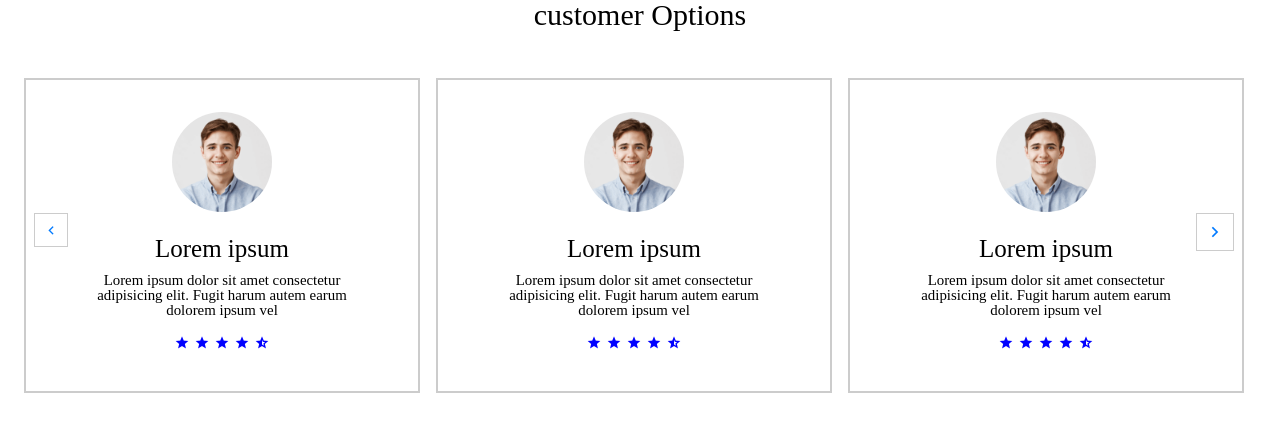
Repository: dinhhaidh/slider-3
Page: index.html
An editor plug-in stored every save of this project. The page is shown before and after the next save, followed by the edit.
The browser window is 1280 px wide. The pictures show the whole page.

Above is the page before, as saved 2024-03-22 21:36:16.

After the next save:
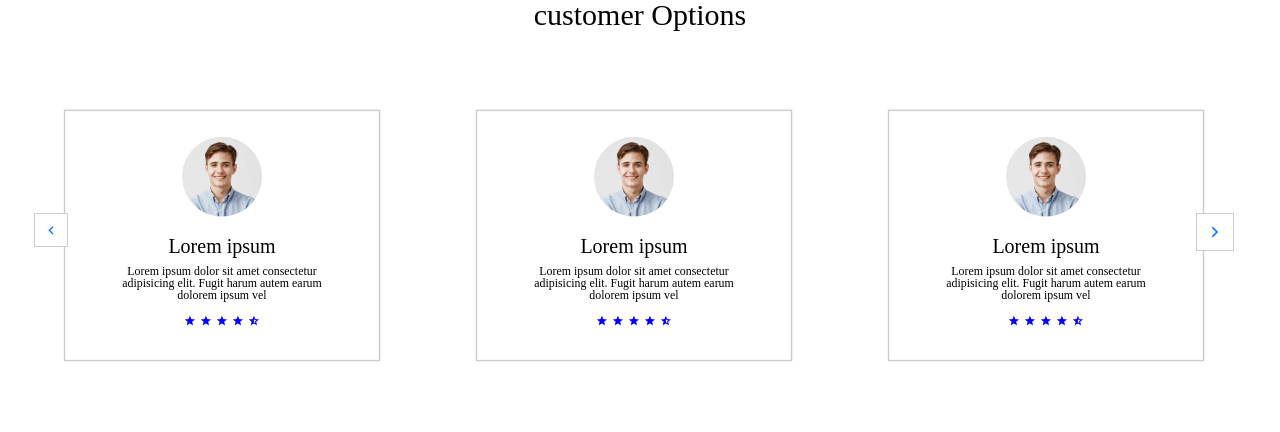
Saved 15 s later.
--- a/css/style.css
+++ b/css/style.css
@@ -53,7 +53,7 @@ body {
     background-color: #fff;
     border: 2px solid #ccc;
     transition: border .4s, background-color .4s;
-    scale: .8s;
+    scale: .8;
 }
 .customer__img{
     width: 100px;
